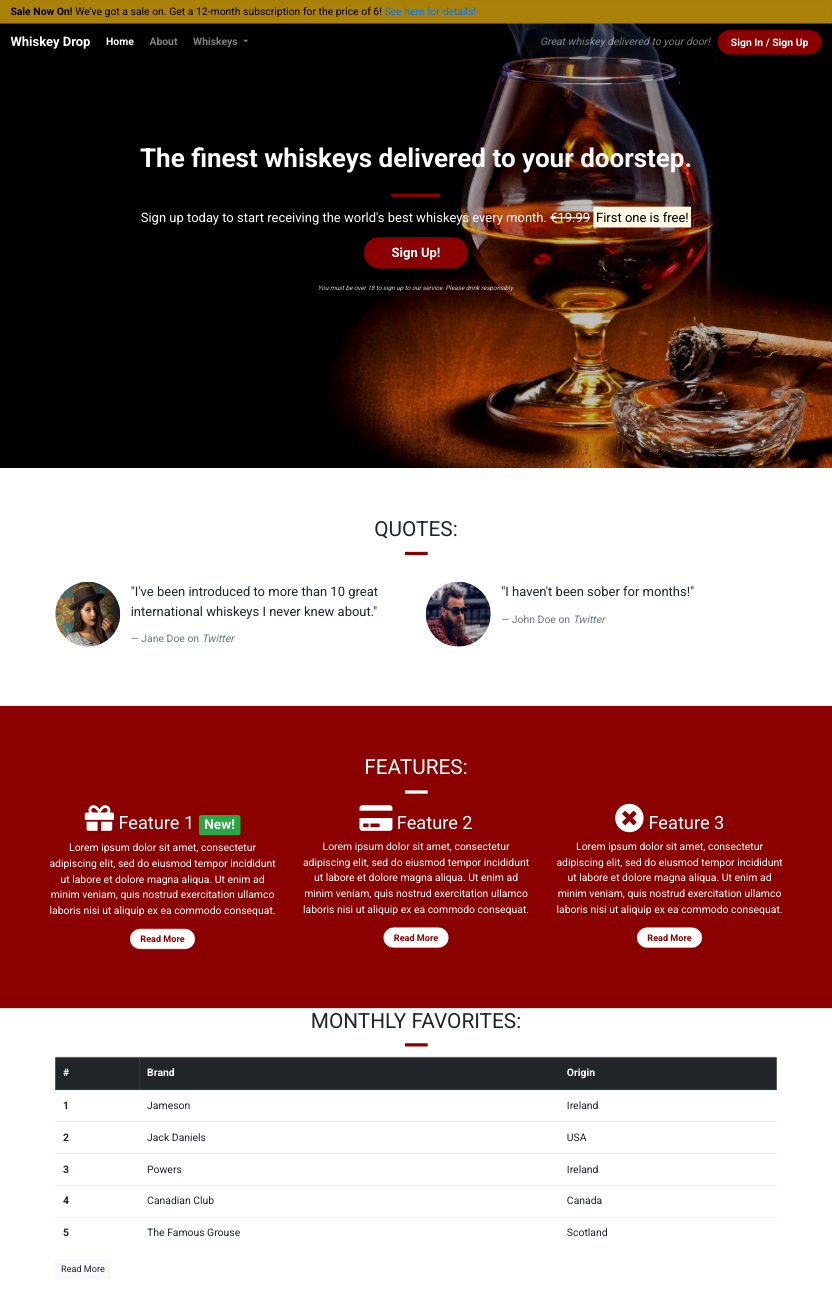
Repository: dof-bull/whiskey-drop
Page: index.html
The author's editor kept a record of every edit. The page is drawn from the files as they stood at one moment, then again after the next edit.
The browser window is 1280 px wide. The pictures show the whole page, at 65% of full size.
Backgrounds fixed to the window are drawn as part of the page. Some web libraries are served in a nearby version.

Above is the page before.

### index.html
<!DOCTYPE html>
<html lang="en-us">

<head>
  <meta charset="utf-8">
  <meta name="viewport" content="width=device-width, initial-scale=1.0">
  <title>Whiskey Drop | Taste a new whiskey every month</title>
  <link rel="stylesheet" href="https://maxcdn.bootstrapcdn.com/bootstrap/4.1.3/css/bootstrap.min.css">
  <link rel="stylesheet" href="https://use.fontawesome.com/releases/v5.6.1/css/all.css" integrity="sha384-gfdkjb5BdAXd+lj+gudLWI+BXq4IuLW5IT+brZEZsLFm++aCMlF1V92rMkPaX4PP" crossorigin="anonymous">
  <link href="https://fonts.googleapis.com/css?family=Roboto:400,700&display=swap" rel="stylesheet">
  <link rel="stylesheet" href="css/style.css" type="text/css" />
</head>

<body>

  <!-- Nav -->
  <div class="container-fluid navalert-container">
    <div class="container-fluid alert-container">
      <div class="row d-none d-sm-block">
        <div class="col-12">
          <div class="site-wide-alert alert alert-warning">
            <strong>Sale Now On!</strong> We've got a sale on. Get a 12-month subscription for the price of 6! <a href="">See here for details!</a>
          </div>
        </div>
      </div>
    </div>
    <nav class="navbar navbar-dark navbar-expand-sm">
      <a href="/" class="navbar-brand">Whiskey Drop</a>

      <button class="navbar-toggler ml-auto" type="button" data-toggle="collapse" data-target="#navbarNavDropdown" aria-controls="navbarNavDropdown" aria-expanded="false" aria-label="Toggle navigation">
        <span class="navbar-toggler-icon"></span></button>

      <div class="collapse navbar-collapse" id="navbarNavDropdown">
        <ul class="navbar-nav mr-auto">
          <li class="active nav-item mr-2"><a class="nav-link" href="/">Home</a></li>
          <li class="nav-item mr-2"><a class="nav-link" href="/about">About</a></li>
          <li class="nav-item dropdown">
            <a class="nav-link dropdown-toggle" href="#" id="navbarDropdownMenuLink" role="button" data-toggle="dropdown" aria-haspopup="true" aria-expanded="false">
          Whiskeys
        </a>
            <div class="dropdown-menu" aria-labelledby="navbarDropdownMenuLink">
              <a class="dropdown-item" href="#">Irish</a>
              <a class="dropdown-item" href="#">Scotch</a>
              <a class="dropdown-item" href="#">Japanese</a>
              <a class="dropdown-item" href="#">American</a>
            </div>
          </li>

          <li class="nav-item mr-2 d-block d-sm-none"><a class="nav-link" href="/login">Sign In / Sign Up</a></li>
        </ul>
      </div>
      <div class="d-none d-md-block">
        <p class="navbar-text my-auto mr-2"><i>Great whiskey delivered to your door!</i></p>
        <a href="/login" class="btn btn--cta btn--red">Sign In / Sign Up</a>
      </div>
    </nav>
  </div>
  <!-- /Nav -->

  <!-- Callout -->
  <div class="container-fluid callout-container">
    <div class="opaque-overlay">&nbsp;</div>
    <div class="row">
      <div class="col-12">
        <section class="callout jumbotron text-center">
          <h1 class="jumbotron-header">The finest whiskeys delivered to your doorstep.</h1>
          <hr class="block-divider block-divider--red">
          <p class="lead">Sign up today to start receiving the world's best whiskeys every month.
            <s class="d-none d-sm-inline">€19.99</s>
            <span class="d-inline d-sm-none"><br></span>
            <strong><mark>First one is free!</mark></strong></p>
          <p><button class="btn btn-lg btn--cta btn--red" data-toggle="modal" data-target="#signUpModal">Sign Up!</button></p>
          <p class="text-muted"><small>You must be over 18 to sign up to our service. Please drink responsibly.</small></p>
        </section>
      </div>
    </div>
  </div>
  <!-- /.callout -->

  <!-- Quotes -->
  <div class="container-wrapper">
    <div class="container quotes-container content-container">
      <section class="quotes">
        <div class="row">
          <div class="col-12 page-header">
            <h2 class="text-uppercase">Quotes:</h2>
            <hr class="block-divider block-divider--short">
          </div>
        </div>
        <div class="row">
          <div class="col-12 col-md-6">
            <div class="media">
              <div class="d-none d-sm-block">
                <img src="images/girl-image.png" class="rounded-circle mr-3" height=100 width=100 alt="girl">
              </div>
              <div class="media-body">
                <blockquote class="blockquote">
                  <p>"I've been introduced to more than 10 great international whiskeys I never knew about."</p>
                  <footer class="blockquote-footer">Jane Doe on <cite title="Twitter">Twitter</cite></footer>
                </blockquote>
              </div>
            </div>
          </div>
          <div class="col-12 col-md-6">
            <div class="media">
              <div class="d-none d-sm-block">
                <img src="images/guy-image.png" class="rounded-circle mr-3" height=100 width=100 alt="guy">
              </div>
              <div class="media-body">
                <blockquote class="blockquote">
                  <p>"I haven't been sober for months!"</p>
                  <footer class="blockquote-footer">John Doe on <cite title="Twitter">Twitter</cite></footer>
                </blockquote>
              </div>
            </div>
          </div>
        </div>
      </section>
    </div>
  </div>
  <!-- /.quotes -->

  <!-- Features -->
    <div class="container-wrapper container-wrapper--red">
        <div class="container features-container content-container">
            <section class="features">
                <div class="row">
                    <div class="col-12 page-header">
                        <h2 class="text-uppercase">Features:</h2>
                        <hr class="block-divider block-divider--short block-divider--white">
                    </div>
        <div class="row">
          <div class="col-12 col-md-6 col-lg-4">
            <div class="feature">
              <h3><i class="fas fa-gift d-none d-sm-inline"></i> Feature 1 <span class="badge badge-success">New!</span></h3>
              <p>Lorem ipsum dolor sit amet, consectetur adipiscing elit, sed do eiusmod tempor incididunt ut labore et dolore magna aliqua. Ut enim ad minim veniam, quis nostrud exercitation ullamco laboris nisi ut aliquip ex ea commodo consequat.</p>
              <p><a class="btn btn-sm btn-light" href="">Read More</a></p>
            </div>
          </div>
          <div class="col-12 col-md-6 col-lg-4">
            <div class="feature">
              <h3><i class="fas fa-credit-card d-none d-sm-inline"></i> Feature 2</h3>
              <p>Lorem ipsum dolor sit amet, consectetur adipiscing elit, sed do eiusmod tempor incididunt ut labore et dolore magna aliqua. Ut enim ad minim veniam, quis nostrud exercitation ullamco laboris nisi ut aliquip ex ea commodo consequat.</p>
              <p><a class="btn btn-sm btn-light" href="">Read More</a></p>
            </div>
          </div>
          <div class="col-12 d-md-none d-lg-block col-lg-4">
            <div class="feature">
              <h3><i class="fas fa-times-circle d-none d-sm-inline"></i> Feature 3</h3>
              <p>Lorem ipsum dolor sit amet, consectetur adipiscing elit, sed do eiusmod tempor incididunt ut labore et dolore magna aliqua. Ut enim ad minim veniam, quis nostrud exercitation ullamco laboris nisi ut aliquip ex ea commodo consequat.</p>
              <p><a class="btn btn-sm btn-light" href="">Read More</a></p>
            </div>
          </div>
        </div>
      </section>
    </div>
  </div>
  <!-- /.features -->

  <!-- Monthly Favorites -->
  <div class="container monthly-favorites-container ">
    <section class="monthly-favorites d-none d-sm-none d-md-block d-lg-block">
      <div class="row">
        <div class="col-12 page-header">
          <h2 class="text-uppercase">Monthly Favorites:</h2>
          <hr class="block-divider block-divider--short">
        </div>
      </div>
      <table class="table">
        <thead class="thead-dark">
          <tr>
            <th scope="col">#</th>
            <th scope="col">Brand</th>
            <th scope="col">Origin</th>
          </tr>
        </thead>
        <tbody>
          <tr>
            <th scope="row">1</th>
            <td>Jameson</td>
            <td>Ireland</td>
          </tr>
          <tr>
            <th scope="row">2</th>
            <td>Jack Daniels</td>
            <td>USA</td>
          </tr>
          <tr>
            <th scope="row">3</th>
            <td>Powers</td>
            <td>Ireland</td>
          </tr>
          <tr>
            <th scope="row">4</th>
            <td>Canadian Club</td>
            <td>Canada</td>
          </tr>
          <tr>
            <th scope="row">5</th>
            <td>The Famous Grouse</td>
            <td>Scotland</td>
          </tr>
        </tbody>
      </table>
      <p><a class="btn btn-sm btn-light" href=""> Read More</a>
      </p>
    </section>
  </div>
  <!-- /.monthly favorites -->

  <!--  Modal -->
  <div class="modal" tabindex="-1" role="dialog" id="signUpModal">
    <div class="modal-dialog" role="document">
      <div class="modal-content">
        <div class="modal-header">
          <h5 class="modal-title">Sign Up To Whiskey Drop!</h5>
          <button type="button" class="close" data-dismiss="modal" aria-label="Close">
          <span aria-hidden="true">&times;</span>
        </button>
        </div>
        <div class="modal-body">
          <form>
            <div class="form-group">
              <label for="exampleInputEmail1">Email address</label>
              <input type="email" class="form-control" id="exampleInputEmail1" aria-describedby="emailHelp" placeholder="Enter email">
              <small id="emailHelp" class="form-text text-muted">We'll never share your email with anyone else.</small>
            </div>
            <div class="form-group">
              <label for="password">Password</label>
              <input type="password" class="form-control" id="password" placeholder="Password">
            </div>
            <div class="form-group">
              <label for="repeatPassword">Repeat Password</label>
              <input type="password" class="form-control" id="repeatPassword" placeholder="Repeat Password">
            </div>
            <button type="submit" class="btn btn-success">Submit</button>
          </form>
        </div>
      </div>
    </div>
  </div>
  <!--  /Modal -->

  <script src="https://code.jquery.com/jquery-3.3.1.slim.min.js" integrity="sha384-q8i/X+965DzO0rT7abK41JStQIAqVgRVzpbzo5smXKp4YfRvH+8abtTE1Pi6jizo" crossorigin="anonymous"></script>
  <script src="https://cdnjs.cloudflare.com/ajax/libs/popper.js/1.14.7/umd/popper.min.js" integrity="sha384-UO2eT0CpHqdSJQ6hJty5KVphtPhzWj9WO1clHTMGa3JDZwrnQq4sF86dIHNDz0W1" crossorigin="anonymous"></script>
  <script src="https://stackpath.bootstrapcdn.com/bootstrap/4.3.1/js/bootstrap.min.js" integrity="sha384-JjSmVgyd0p3pXB1rRibZUAYoIIy6OrQ6VrjIEaFf/nJGzIxFDsf4x0xIM+B07jRM" crossorigin="anonymous"></script>
</body>

</html>

### css/style.css
body {
    font-family: 'Roboto', sans-serif;
}

.container-wrapper {}

.container-wrapper--red {
    background-color: darkred;
    color: white;
}

.alert-container .col-12 {
    padding-left: 0;
    padding-right: 0;
}

.site-wide-alert {
    border-radius: 0;
    margin-bottom: 0;
    padding: 5px 15px;
    color: black;
    background-color: #aa8109;
    border-color: #aa8109;
}

.callout-container {
    height: 100vh;

    background: url("../images/whiskey-background.jpg") no-repeat bottom right fixed;
    -webkit-background-size: cover;
    -moz-background-size: cover;
    -o-background-size: cover;
    background-size: cover;

    display: flex;
    align-items: center;
    justify-content: center;

    position: relative;
}

.opaque-overlay {
    position: absolute;
    top: 0;
    left: 0;
    height: 100%;
    width: 100%;
    background-color: rgba(0, 0, 0, 0.25);
}

.quotes-container {}

.features-container {}

.monthly-favorites-container {}

/* Page headers */

.page-header {
    margin-bottom: 0;
    border-bottom: 0;
    text-align: center;
}

.page-header h2 {
    margin-top: 0;
}

.quotes .page-header {
    margin-bottom: 25px;
}

/* Block Dividers */

.block-divider {
    width: 75px;
    height: 5px;
    border: 0;
    background-color: darkred;
}

.block-divider--red {
    background-color: darkred;
}

.block-divider--white {
    background-color: white;
}


.block-divider--short {
    width: 35px;
}

/* Content containers */

.content-container {
    padding-top: 75px;
    padding-bottom: 75px;
}

/* Navbar */

.navalert-container {
    position: absolute;
    top: 0;
    left: 0;
    padding-left: 0;
    padding-right: 0;
    z-index: 1;
}

.navbar {
    margin-bottom: 0;
    border: 0;
    width: 100%;
    background-color: rgba(0, 0, 0, 0.25);
}

.navbar .navbar-toggler {
    border: 0;
}

.navbar-brand {
    font-weight: bold;
}

.navbar .navbar-nav a {
    font-weight: bold;
}

/* Jumobtron */

.jumbotron {
    background-color: transparent;
}

.jumbotron-header {
    color: white;
    font-weight: bold;
    margin-bottom: 30px;
}

.jumbotron .lead {
    color: white;
}


.jumbotron small {
    font-size: 60%;
    font-style: italic;
    color: #d0d0d0;
}

/* Buttons */

.btn--cta {
    font-weight: bold;
    border-radius: 23px;
    width: 160px;
}

.btn--red {
    color: white;
    background-color: darkred;
    border-color: darkred;
}

.btn--red:hover,
.btn--red:active,
.btn--red:focus,
.btn--red:active:focus {
    background-color: red;
    border-color: red;
}

.feature {
    text-align: center
}

.feature i {
    margin-bottom: 20px;
    font-size: 45px;
    line-height: 45px;
}

.feature .btn {
    background-color: white;
    border-color: white;
    border-radius: 15px;
    min-width: 100px;
    font-weight: bold;
    margin-top: 1opx;
    color: darkred;
}

After the next edit:
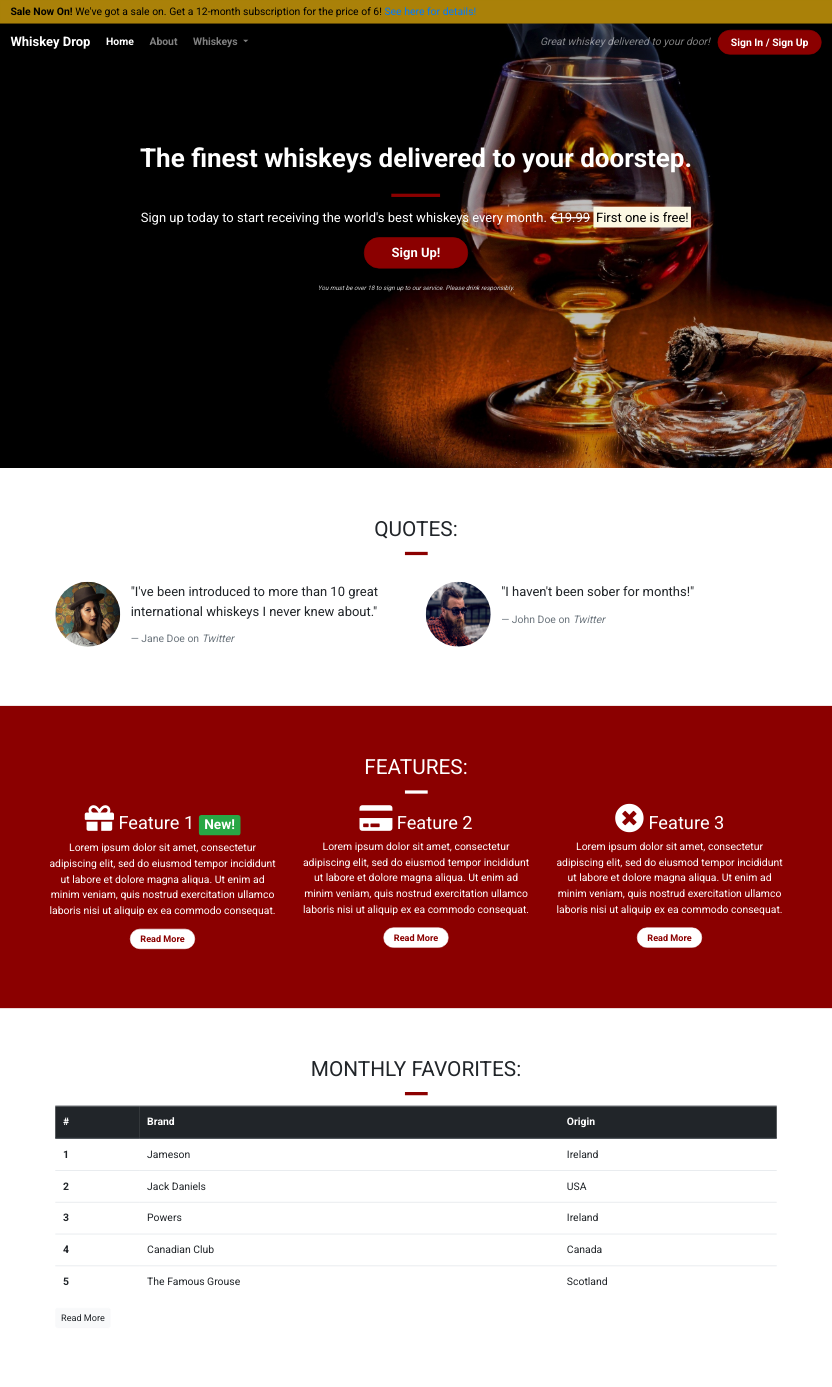
The edit:
--- a/index.html
+++ b/index.html
@@ -158,7 +158,7 @@
   <!-- /.features -->
 
   <!-- Monthly Favorites -->
-  <div class="container monthly-favorites-container ">
+  <div class="container monthly-favorites-container content-container">
     <section class="monthly-favorites d-none d-sm-none d-md-block d-lg-block">
       <div class="row">
         <div class="col-12 page-header">
